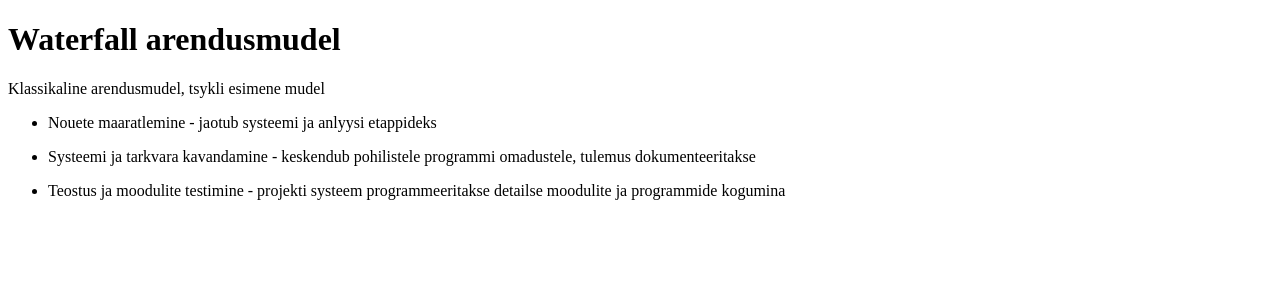
Repository: annemariv/Targe24
Page: elutsykkel/waterfall.html
These files come from the project's save history. The page is drawn as it stood at one moment and after the next save; the edit follows.
The browser window is 1280 px wide. The pictures show the whole page.

Above is the page before, as saved 2024-11-06 18:45:20.

### elutsykkel/waterfall.html
<!DOCTYPE html>
<html lang="en">
<head>
    <meta charset="UTF-8">
    <meta name="viewport" content="width=device-width, initial-scale=1.0">
    <title>Waterfall arendusmudel</title>
</head>
<body>
    <p>
        <!--pealkiri-->
        <!--kirjeldus oma sonadega-->
        <!--etappide tapsem kirjeldus-->
        <!--visuaalne joonis-->
        <!--tabel, mis loetleb head ja vead ()-->
    </p>
    <h1>Waterfall arendusmudel</h1>
    <p>Klassikaline arendusmudel, tsykli esimene mudel</p>
    <ul>
        <li>
            <p>Nouete maaratlemine - jaotub systeemi ja anlyysi etappideks</p>
        </li>
        <li>
            <p>Systeemi ja tarkvara kavandamine - keskendub pohilistele programmi omadustele, tulemus dokumenteeritakse</p>
        </li>
        <li>
            <p>Teostus ja moodulite testimine - projekti systeem programmeeritakse detailse moodulite ja programmide kogumina</p>
        </li>
    </ul>
</body>
</html>

After the next save:
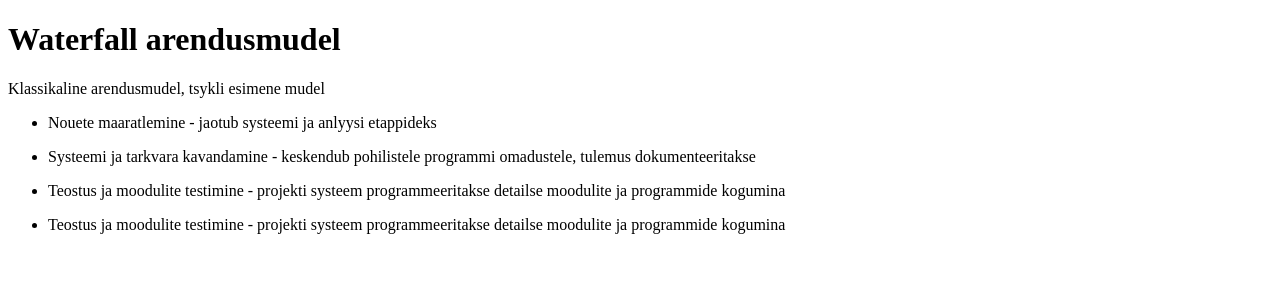
Saved 7 s later.
--- a/elutsykkel/waterfall.html
+++ b/elutsykkel/waterfall.html
@@ -25,6 +25,9 @@
         <li>
             <p>Teostus ja moodulite testimine - projekti systeem programmeeritakse detailse moodulite ja programmide kogumina</p>
         </li>
+        <li>
+            <p>Teostus ja moodulite testimine - projekti systeem programmeeritakse detailse moodulite ja programmide kogumina</p>
+        </li>
     </ul>
 </body>
 </html>

After the 2 saves that followed:
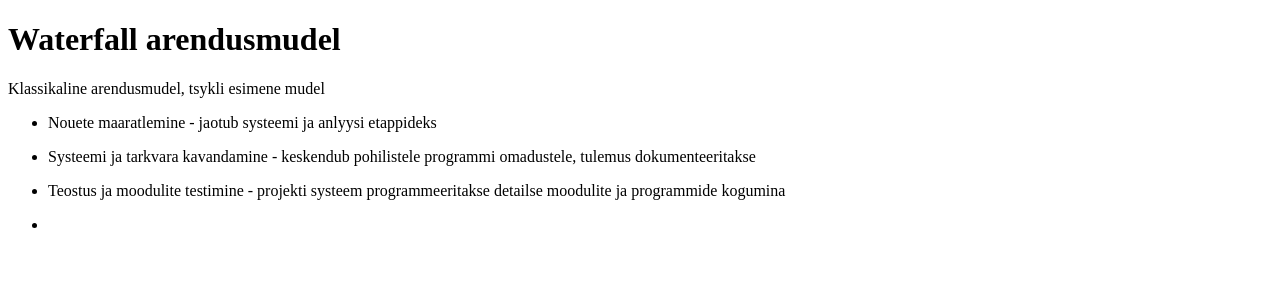
The 2 saves are shown as one change because they came seconds apart.
The last was saved 7 s later.
--- a/elutsykkel/waterfall.html
+++ b/elutsykkel/waterfall.html
@@ -26,7 +26,7 @@
             <p>Teostus ja moodulite testimine - projekti systeem programmeeritakse detailse moodulite ja programmide kogumina</p>
         </li>
         <li>
-            <p>Teostus ja moodulite testimine - projekti systeem programmeeritakse detailse moodulite ja programmide kogumina</p>
+            <p></p>
         </li>
     </ul>
 </body>
